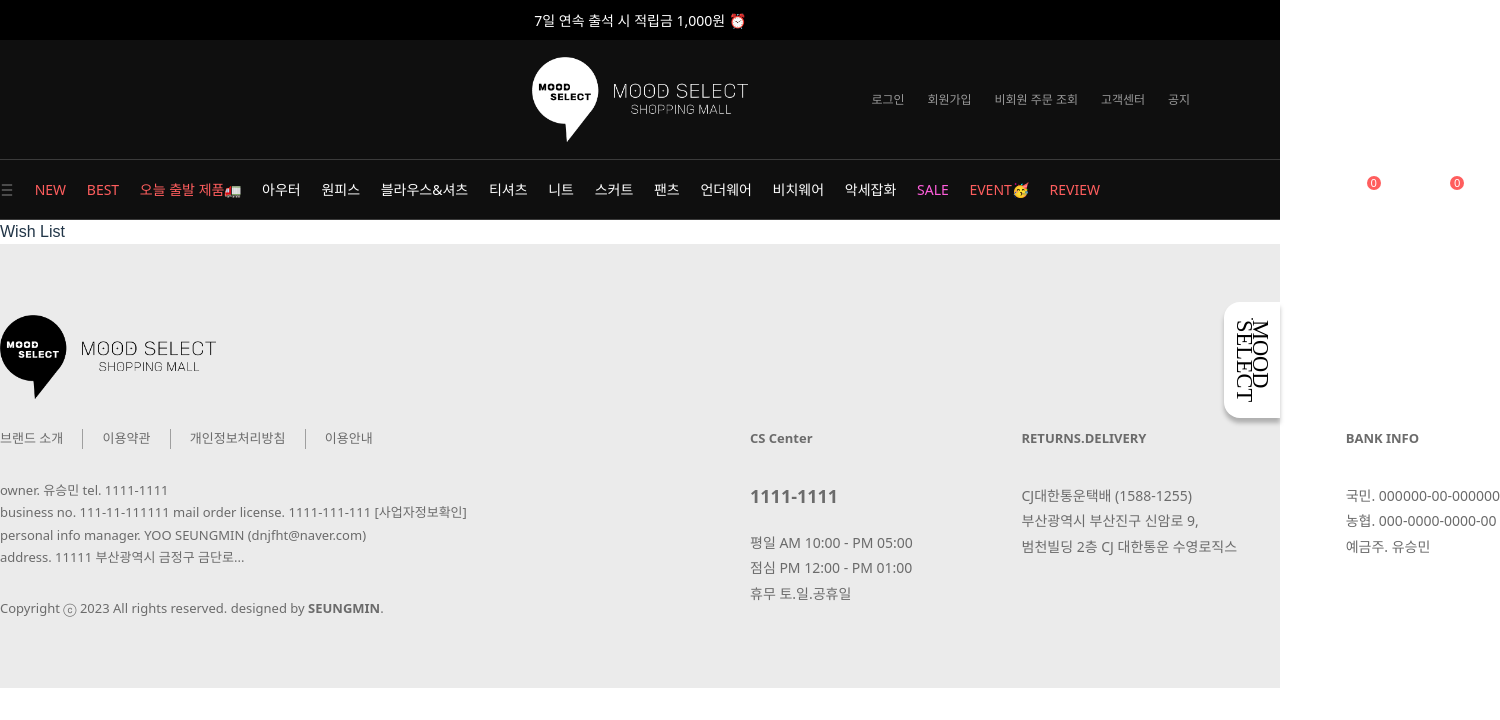
Repository: andrew-tg-song/mood-select
Page: /wish-list (app in packages/frontend/)
These files come from the project's save history. The page is drawn as it stood at one moment and after the next save; the edit follows.
The browser window is 1280 px wide. The page is 1500 px wide, so the pictures cover 1500 px, including what lies to the right of the window. The pictures show the whole page.
Some web fonts or font styles are not loaded; a fallback is used. The project was rebuilt for these pictures with package versions that can differ from the ones it lists, and the page was loaded fresh each time. Also part of the build but not shown: packages/frontend/vite.config.ts, packages/frontend/src/ShoppingMallProducts.ts, packages/frontend/src/components/slider/NextArrow.tsx, packages/frontend/src/components/slider/PrevArrow.tsx, packages/frontend/src/components/slider/CardSlider.tsx, packages/frontend/src/components/main/CategoryBanner.tsx, packages/frontend/src/components/main/MainSlider.tsx, packages/frontend/src/components/main/EventBanner.tsx and 19 more. Imported but missing from the stored project, and not drawn on this page: packages/frontend/src/components/product/Product.

Above is the page before, as saved 2023-06-04 08:26:23.

### packages/frontend/src/main.tsx
import ReactDOM from 'react-dom/client';
import App from './App.tsx';
import './index.css';
import { DarkModeProvider } from './context/DarkModeContext.tsx';
import { QueryClient, QueryClientProvider } from '@tanstack/react-query';

const queryClient = new QueryClient();

ReactDOM.createRoot(document.getElementById('root') as HTMLElement).render(
  <DarkModeProvider>
    <QueryClientProvider client={queryClient}>
      <App />
    </QueryClientProvider>
  </DarkModeProvider>
);

### packages/frontend/src/App.tsx
import { createBrowserRouter, RouterProvider } from 'react-router-dom';
import Main from './pages/Main';
import NotFoundPage from './pages/NotFoundPage';
import Detail from './pages/Detail';
import Cart from './pages/Cart';
import Root from './pages/Root';
import Login from './pages/Login';
import Join from './pages/Join';
import MyPage from './pages/MyPage';
import Order from './pages/Order';
import WishList from './pages/WishList';
import ProductsList from './pages/ProductsList';
import NewProductsList from './pages/NewProductsList';
import BestProductsList from './pages/BestProductsList';
import TodayDeliveryProductsList from './pages/TodayDeliveryProductsList';
import List from './pages/List';

// import useProducts from './hooks/use-products';

const router = createBrowserRouter([
  {
    path: '/',
    element: <Root />,
    children: [
      { index: true, element: <Main /> },
      {
        path: '/list/:listName',
        element: <ProductsList />,
      },
      { path: '/new', element: <NewProductsList /> },
      { path: '/best', element: <BestProductsList /> },
      { path: '/today-delivery', element: <TodayDeliveryProductsList /> },
      { path: '/detail/:detailId', element: <Detail /> },
      { path: '/cart', element: <Cart /> },
      { path: '/mypage', element: <MyPage /> },
      { path: '/order', element: <Order /> },
      { path: '/wish-list', element: <WishList /> },
      { path: '*', element: <NotFoundPage /> },
    ],
  },
  {
    path: '/login',
    element: <Login />,
  },
  { path: '/join', element: <Join /> },
]);

function App(): JSX.Element {
  // const [isLoading, error, products] = useProducts();
  // console.log(products);

  return <RouterProvider router={router} />;
}

export default App;

### packages/frontend/src/index.css
@tailwind base;
@tailwind components;
@tailwind utilities;

@font-face {
  font-family: 'Noto Sans KR';
  font-weight: 100;
  src: url('./assets/fonts/NotoSansKR-Light.otf');
}

@font-face {
  font-family: 'Noto Sans KR';
  font-weight: 400;
  src: url('./assets/fonts/NotoSansKR-Regular.otf');
}

@font-face {
  font-family: 'Noto Sans KR';
  font-weight: 500;
  src: url('./assets/fonts/NotoSansKR-Medium.otf');
}

@font-face {
  font-family: 'Noto Sans KR';
  font-weight: 700;
  src: url('./assets/fonts/NotoSansKR-Bold.otf');
}

@font-face {
  font-family: 'Peddana';
  src: url('./assets/fonts/Peddana-Regular.ttf');
}

:root {
  font-family: Inter, system-ui, Avenir, Helvetica, Arial, sans-serif;
  /* line-height: 1.5;
  font-weight: 400;

  color-scheme: light dark; */
  color: #282828;
  /* color: rgba(255, 255, 255, 0.87); */
  background-color: #ffffff;
  /* background-color: #242424; */

  font-synthesis: none;
  text-rendering: optimizeLegibility;
  -webkit-font-smoothing: antialiased;
  -moz-osx-font-smoothing: grayscale;
  -webkit-text-size-adjust: 100%;

  font-family: 'Noto Sans KR', sans-serif;
  font-weight: 100;
}

html {
  scroll-behavior: smooth;
}

a {
  font-weight: 500;
  color: #646cff;
  text-decoration: inherit;
}
a:hover {
  color: #535bf2;
}

body {
  /* margin: 0;
  display: flex;
  place-items: center;
  min-width: 320px;
  min-height: 100vh; */
}

h1 {
  font-size: 3.2em;
  line-height: 1.1;
}

button {
  border-radius: 8px;
  border: 1px solid transparent;
  padding: 0.6em 1.2em;
  font-size: 1em;
  font-weight: 500;
  font-family: inherit;
  background-color: #1a1a1a;
  cursor: pointer;
  transition: border-color 0.25s;
}
button:hover {
  border-color: #646cff;
}
button:focus,
button:focus-visible {
  outline: 4px auto -webkit-focus-ring-color;
}

.slider_wrapper {
  width: 81.25rem;
  margin-bottom: 140px;
}

.slider_wrapper_main_slider {
  width: 100%;
}

.slider_wrapper_best_products {
  width: 100%;
  height: 590px;
  margin-top: 40px;
}

.slider_wrapper_today_delivery_products {
  width: 100%;
}

.personal_slider {
  width: 40rem;
  height: 530px;

  position: relative;
}

.personal_slider_main_slider {
  width: 100%;
  height: 790px;

  position: relative;
}

.personal_slider_best_products {
  /* width: 23.75rem !important; */
  width: 27.125rem !important;
  height: 590px;

  position: relative;
}

.dark_opacity {
  width: 40rem;
  height: 480px;
  background-color: black;

  position: absolute;
  top: 0;
  left: 0;
  opacity: 0.3;

  z-index: 999;
}

.dark_opacity2 {
  width: 40rem;
  height: 480px;
  background-color: black;

  position: absolute;
  top: 0;
  right: 0;
  opacity: 0.3;

  z-index: 999;
}

.dark_opacity_main_slider {
  display: none;

  width: 100%;
  height: 100%;
  background-color: black;

  position: absolute;
  top: 0;
  left: 0;
  opacity: 0.6;

  z-index: 999;
}

.dark_opacity_best_products {
  width: 23.75rem !important;
  height: 530px;

  background-color: black;

  position: absolute;
  left: 50%;
  margin-left: -11.875rem;
  top: 50%;
  margin-top: -265px;

  opacity: 0.6;

  z-index: 999;

  display: none;
}

.main_slider_img {
  width: 100%;
  height: 100%;
  object-fit: cover;

  position: absolute;
  left: 0;
  top: 0;
}

.best_products_slider_img {
  /* width: 23.75rem !important; */
  width: 23.75rem !important;
  height: 530px;

  object-fit: cover;

  position: absolute;
  left: 50%;
  margin-left: -11.875rem;
  top: 50%;
  margin-top: -265px;
}

.slick-slide.slick-center img {
  transform: scale(1.1);
  object-fit: cover;
}

.slick-slide.slick-center .dark_opacity_best_products {
  transform: scale(1.1);
  display: block;
}

.slick-slide.slick-center .desc_wrap_best_products {
  display: block;

  width: 292px;
  padding: 20px 0;
  box-sizing: border-box;
  border-top: 1px solid #fff;

  z-index: 99999999;

  position: absolute;
  bottom: 30px;
  left: 30px;
}

.slider_img {
  width: 40rem;
  height: 480px;
  object-fit: cover;

  position: absolute;
  left: 0;
  top: 0;
}

.slider_img2 {
  width: 40rem;
  height: 480px;
  object-fit: cover;

  position: absolute;
  right: 0;
  top: 0;
}

.desc_wrap {
  position: absolute;
  bottom: 90px;
  left: 2.5rem;

  z-index: 999999;
}

.desc_wrap_main_slider {
  z-index: 999999;

  font-family: 'Peddana';
  font-size: 1rem;
  color: white;

  position: absolute;
  top: 50%;
  margin-top: -3rem;
  left: 50%;
  margin-left: -28rem;
}

.desc_wrap_best_products {
  display: none;
}

.desc_h1 {
  font-family: 'Peddana';
  font-size: 4.375rem;
  color: white;
  line-height: 3rem;
}

.desc_p {
  font-size: 1rem;
  color: white;
}

.desc_h1_best_products {
  margin-bottom: 20px;

  font-size: 1.25rem;
  color: white;
}

.desc_p_best_products {
  font-size: 1rem;
  color: #a6a6a6;
}

.dots_custom,
.dots_custom_dark {
  display: inline-block;
  vertical-align: middle;
  margin: auto 0;
  padding: 0;
}

.dots_custom li,
.dots_custom_dark li {
  list-style: none;
  cursor: pointer;
  display: inline-block;
  padding: 0;
}

.dots_custom li button {
  border: none;
  background: #d1d1d1;
  color: transparent;
  cursor: pointer;
  display: block;
  height: 2px;
  width: 110px;
  border-radius: 100%;
  padding: 0;
}

.dots_custom li.slick-active button {
  background-color: #282828;
}

.dots_custom_dark li button {
  border: none;
  background: #646464;
  color: transparent;
  cursor: pointer;
  display: block;
  height: 2px;
  width: 110px;
  border-radius: 100%;
  padding: 0;
}

.dots_custom_dark li.slick-active button {
  background-color: #ffffff;
}

.next-arrow {
  font-size: 2rem;

  position: absolute;
  top: 50%;
  margin-top: -3rem;
  right: -3rem;

  z-index: 999999;

  cursor: pointer;
}

.prev-arrow {
  font-size: 2rem;

  position: absolute;
  top: 50%;
  margin-top: -3rem;
  left: -3rem;

  z-index: 999999;

  cursor: pointer;
}

.next-arrow-main-slider {
  font-size: 2rem;
  color: white;

  position: absolute;
  top: 50%;
  margin-top: -3rem;
  right: 20rem;

  z-index: 999999;

  cursor: pointer;
}

.prev-arrow-main-slider {
  font-size: 2rem;
  color: white;

  position: absolute;
  top: 50%;
  margin-top: -3rem;
  left: 20rem;

  z-index: 999999;

  cursor: pointer;
}

@media (prefers-color-scheme: light) {
  :root {
    color: #213547;
    background-color: #ffffff;
  }
  a:hover {
    color: #747bff;
  }
  button {
    background-color: #f9f9f9;
  }
}

### packages/frontend/src/context/DarkModeContext.tsx
import React, { useState } from 'react';

type ContextType = {
  darkMode: 'light' | 'dark';
  toggleDarkMode: () => void;
};

export const DarkModeContext = React.createContext<ContextType>({
  darkMode: 'dark',
  toggleDarkMode: () => {},
});

export const DarkModeProvider = ({ children }: { children: React.ReactNode }): JSX.Element => {
  const [darkMode, setDarkMode] = useState<'light' | 'dark'>(
    (localStorage.getItem('ui.theme') as 'light' | 'dark') || 'dark'
  );

  const toggleDarkMode = (): void => {
    const val = darkMode === 'light' ? 'dark' : 'light';
    setDarkMode(val);
    localStorage.setItem('ui.theme', val);
  };

  console.log(darkMode);

  return <DarkModeContext.Provider value={{ darkMode, toggleDarkMode }}>{children}</DarkModeContext.Provider>;
};

### packages/frontend/src/pages/Root.tsx
import { useRef } from 'react';
import NavBar from '../components/NavBar';
import { Outlet } from 'react-router-dom';
import Footer from '../components/Footer';
import QuickMenu from '../components/QuickMenu';
import Suggestion from '../components/Suggestion';

export default function Root() {
  const contentRef = useRef<HTMLDivElement>(null);

  return (
    <div ref={contentRef}>
      <NavBar />
      <Outlet />
      <Suggestion />
      <QuickMenu contentRef={contentRef} />
      <Footer />
    </div>
  );
}

### packages/frontend/src/pages/WishList.tsx
import React from 'react';

export default function WishList() {
  return <div>Wish List</div>;
}

### packages/frontend/src/components/NavBar.tsx
import { useState, useContext } from 'react';

import darkLogo from '../assets/logo.png';
import lightLogo from '../assets/logo2.png';

import { CiMenuBurger, CiSearch, CiUser, CiHeart, CiDark, CiLight } from 'react-icons/ci';
import { GiShoppingCart } from 'react-icons/gi';
import TopEventBanner from './header/TopEventBanner';
import { DarkModeContext } from '../context/DarkModeContext';
import { useNavigate } from 'react-router-dom';

export default function NavBar() {
  const navigate = useNavigate();

  const [cartCount, setCartCount] = useState(0);
  const [wishCount, setWishCount] = useState(0);

  const { darkMode, toggleDarkMode } = useContext(DarkModeContext);

  const title = ['아우터', '원피스', '니트', '티셔츠', '블라우스&셔츠', '스커트', '팬츠', '언더웨어', '악세잡화'];

  return (
    <div className="w-[100%] h-[220px] font-sans">
      <TopEventBanner />

      <div
        className={`${
          darkMode === 'light' ? 'bg-white border-[#dedede]' : 'bg-[#0f0f0f] border-[#3b3b3b]'
        } w-[100%] h-[120px] border-solid border-b-[0.6px]`}
      >
        <div className="w-[93.75rem] xl:w-[68.752rem] h-[100%] mx-auto flex flex-row items-center justify-between relative">
          <div className="w-[216px] h-[100%] flex items-center absolute left-[50%] ml-[-108px]">
            <img src={`${darkMode === 'light' ? darkLogo : lightLogo}`} className="w-[100%] object-cover" />
          </div>

          <ul className="text-[#999999] text-[0.75rem] flex absolute right-0 cursor-pointer">
            <li className="mr-[1.43rem]">로그인</li>
            <li className="mr-[1.43rem]">회원가입</li>
            <li className="mr-[1.43rem]">비회원 주문 조회</li>
            <li className="mr-[1.43rem]">고객센터</li>
            <li>공지</li>
          </ul>
        </div>
      </div>

      <div
        className={`${
          darkMode === 'light' ? 'bg-white border-[#dedede]' : 'bg-[#0f0f0f] border-[#3b3b3b]'
        } w-[100%] h-[60px]  border-solid border-b-[0.6px]`}
      >
        <div className="w-[93.75rem] h-[100%] mx-auto flex flex-row items-center justify-between relative">
          <ul
            className={`${
              darkMode === 'light' ? 'text-black' : 'text-white'
            } w-[68.75rem] h-[100%] flex justify-between items-center text-[0.875rem] cursor-pointer`}
          >
            <li>
              <CiMenuBurger className={`${darkMode === 'light' ? 'text-black' : 'text-white'}`} />
            </li>
            <li
              onClick={() => {
                navigate('/new');
              }}
              className="text-[#FF5E5E]"
            >
              NEW
            </li>
            <li
              onClick={() => {
                navigate('/best');
              }}
              className="text-[#FF5E5E]"
            >
              BEST
            </li>
            <li className="text-[#FF5E5E]">오늘 출발 제품🚛</li>
            <li>아우터</li>
            <li>원피스</li>
            <li>
              <input
                type="button"
                value={title[4]}
                onClick={() => {
                  navigate(`/list/${title[4]}`);
                }}
              />
            </li>
            <li>티셔츠</li>
            <li>니트</li>

            <li>스커트</li>
            <li>팬츠</li>
            <li>언더웨어</li>
            <li>비치웨어</li>
            <li>악세잡화</li>
            <li className="text-[#FF5EDB]">SALE</li>
            <li className="text-[#FF5E5E]">EVENT🥳</li>
            <li className="text-[#FF5E5E]">REVIEW</li>
          </ul>

          <ul
            className={`${
              darkMode === 'light' ? 'text-black' : 'text-white'
            } w-[11.625rem] h-[100%] flex justify-between items-center text-[1.2rem] cursor-pointer`}
          >
            <li>
              <CiSearch />
            </li>
            <li className="relative">
              <div
                className={`${
                  darkMode === 'light' ? 'bg-black ' : 'bg-[#FF5E5E]'
                } absolute top-[-4px] right-[-6px] w-[0.9rem] h-[0.9rem]  rounded-full  text-[0.7rem] text-white font-light flex justify-center items-center`}
              >
                {cartCount}
              </div>
              <GiShoppingCart />
            </li>
            <li>
              <CiUser />
            </li>
            <li className="relative">
              <div
                className={`${
                  darkMode === 'light' ? 'bg-black ' : 'bg-[#FF5E5E]'
                } absolute top-[-4px] right-[-6px] w-[0.9rem] h-[0.9rem]  rounded-full  text-[0.7rem] text-white font-light flex justify-center items-center`}
              >
                {wishCount}
              </div>
              <CiHeart />
            </li>
            <li onClick={toggleDarkMode}>{darkMode === 'dark' ? <CiLight /> : <CiDark />}</li>
          </ul>
        </div>
      </div>
    </div>
  );
}

### packages/frontend/src/components/Footer.tsx
import React, { useContext } from 'react';
import { DarkModeContext } from '../context/DarkModeContext';
import darkLogo from '../assets/logo.png';
import lightLogo from '../assets/logo2.png';

export default function Footer() {
  const { darkMode } = useContext(DarkModeContext);

  return (
    <div
      className={`${
        darkMode === 'light'
          ? 'bg-[#1d1d1d] text-[#e4e4e4]'
          : 'bg-[#ebebeb] text-[#6b6b6b] border-t-[0.8px] border-[#ebebeb] border-solid'
      } w-[100%] text-[0.8125rem] font-sans`}
    >
      <div className="w-[93.75rem] h-[100%] py-[4.375rem] box-border mx-auto flex flex-col justify-between relative">
        <div className="w-[216px]">
          <img className="w-[100%] height-[100%] object-cover" src={`${darkMode === 'light' ? lightLogo : darkLogo}`} />
        </div>

        <div className="w-[100%] h-[100%] mt-[1.875rem] flex flex-row">
          <div className="w-[50%] h-[100%]">
            <ul className="flex">
              <li className="pr-[1.2rem] border-r-[0.8px] border-[#9f9f9f]">브랜드 소개</li>
              <li className="px-[1.2rem] border-r-[0.8px] border-[#9f9f9f]">이용약관</li>
              <li className="px-[1.2rem] border-r-[0.8px] border-[#9f9f9f]">개인정보처리방침</li>
              <li className="pl-[1.2rem]">이용안내</li>
            </ul>

            <p className="my-[1.875rem] leading-[1.4rem]">
              owner. 유승민 tel. 1111-1111
              <br />
              business no. 111-11-111111 mail order license. 1111-111-111 [사업자정보확인]
              <br />
              personal info manager. YOO SEUNGMIN (dnjfht@naver.com)
              <br />
              address. 11111 부산광역시 금정구 금단로...
            </p>
            <p>
              Copyright ⓒ 2023 All rights reserved. designed by <span className="font-bold">SEUNGMIN</span>.
            </p>
          </div>

          <div className="w-[50%] h-[100%]">
            <ul className="flex justify-between">
              <li>
                <p className="mb-[2.125rem] font-bold">CS Center</p>
                <p className="text-[1.125rem] font-bold mb-[1.25rem]">1111-1111</p>
                <p className="text-[0.875rem] leading-[1.6rem]">
                  평일 AM 10:00 - PM 05:00
                  <br />
                  점심 PM 12:00 - PM 01:00
                  <br />
                  휴무 토.일.공휴일
                </p>
              </li>
              <li>
                <p className="mb-[2.125rem] font-bold">RETURNS.DELIVERY</p>
                <p className="text-[0.875rem] leading-[1.6rem]">
                  CJ대한통운택배 (1588-1255)
                  <br />
                  부산광역시 부산진구 신암로 9,
                  <br />
                  범천빌딩 2층 CJ 대한통운 수영로직스
                </p>
              </li>
              <li>
                <p className="mb-[2.125rem] font-bold">BANK INFO</p>
                <p className="text-[0.875rem] leading-[1.6rem]">
                  국민. 000000-00-000000
                  <br />
                  농협. 000-0000-0000-00
                  <br />
                  예금주. 유승민
                </p>
              </li>
            </ul>
          </div>
        </div>
      </div>
    </div>
  );
}

### packages/frontend/src/components/QuickMenu.tsx
import React, { useState, useContext, useEffect } from 'react';
import { DarkModeContext } from '../context/DarkModeContext';
import { BsChevronUp, BsChevronDown } from 'react-icons/bs';
import { AiOutlineWechat } from 'react-icons/ai';

interface QuickMenuPropsType {
  contentRef: React.RefObject<HTMLDivElement>;
}

export default function QuickMenu({ contentRef }: QuickMenuPropsType) {
  const { darkMode } = useContext(DarkModeContext);

  const [scrollY, setScrollY] = useState(0);
  const [showButton, setShowButton] = useState(false);

  const handleFollow = () => {
    setScrollY(window.pageYOffset);
  };

  const handleTop = () => {
    window.scrollTo({
      top: 0,
      behavior: 'smooth',
    });
    setScrollY(0);
    setShowButton(false);
  };

  const handleBottom = () => {
    contentRef.current?.scrollIntoView({ behavior: 'smooth', block: 'end', inline: 'nearest' });
    setScrollY(scrollY);
    setShowButton(true);
  };

  useEffect(() => {
    const watch = () => {
      window.addEventListener('scroll', handleFollow);
    };

    watch();

    return () => {
      window.removeEventListener('scroll', handleFollow);
    };
  }, []);

  useEffect(() => {
    const handleShowButton = () => {
      window.scrollY > 100 ? setShowButton(true) : setShowButton(false);
    };

    window.addEventListener('scroll', handleShowButton);

    return () => window.removeEventListener('scroll', handleShowButton);
  }, []);

  // console.log(scrollY);

  return (
    <div
      className={`${darkMode === 'light' ? 'text-white' : 'text-[#0f0f0f]'} ${
        showButton ? 'opacity-1' : 'opacity-0 transition ease-in-out'
      } fixed right-[12px] bottom-[12px] text-[2rem] z-[99999]`}
    >
      <div
        className={`${
          darkMode === 'light' ? 'bg-[#0f0f0f]' : 'bg-white'
        } w-[60px] h-[60px] rounded-full drop-shadow-[0_5px_2px_rgba(0,0,0,0.25)] flex justify-center items-center cursor-pointer animate-bounce`}
      >
        <AiOutlineWechat />
      </div>
      <div
        onClick={handleTop}
        className={`${
          darkMode === 'light' ? 'bg-[#0f0f0f]' : 'bg-white'
        } w-[60px] h-[60px] rounded-full drop-shadow-[0_5px_2px_rgba(0,0,0,0.25)] mt-[10px] flex justify-center items-center cursor-pointer animate-bounce`}
      >
        <BsChevronUp />
      </div>
      <div
        onClick={handleBottom}
        className={`${
          darkMode === 'light' ? 'bg-[#0f0f0f]' : 'bg-white'
        } w-[60px] h-[60px] rounded-full drop-shadow-[0_5px_2px_rgba(0,0,0,0.25)] mt-[10px] flex justify-center items-center cursor-pointer animate-bounce`}
      >
        <BsChevronDown />
      </div>
    </div>
  );
}

### packages/frontend/src/components/Suggestion.tsx
import React, { useContext } from 'react';
import { DarkModeContext } from '../context/DarkModeContext';
import { BsFillEmojiSmileFill } from 'react-icons/bs';

export default function Suggestion() {
  const { darkMode } = useContext(DarkModeContext);

  return (
    <div
      className={`${
        darkMode === 'light' ? 'bg-black text-white' : 'bg-white text-black'
      } w-[56px] h-[116px] p-[1rem]  box-border z-[99999] fixed right-0 top-[50%] mt-[-58px] rounded-l-2xl drop-shadow-[0_5px_2px_rgba(0,0,0,0.25)] [writing-mode:vertical-rl] flex items-center justify-between`}
    >
      <BsFillEmojiSmileFill className="text-[1.4rem] rotate-90" />
      <p className="font-['Peddana'] text-[1.4rem] leading-4">
        MOOD
        <br />
        SELECT
      </p>
    </div>
  );
}

### packages/frontend/src/components/header/TopEventBanner.tsx
import React from 'react';

export default function TopEventBanner() {
  return (
    <div className="w-[100%] h-[40px] bg-black flex justify-center items-center">
      <p className="text-white font-light text-[0.875rem]">7일 연속 출석 시 적립금 1,000원 ⏰</p>
    </div>
  );
}

Loaded but not shown: packages/frontend/index.html (common file); packages/frontend/tailwind.config.js (common file)

After the next save:
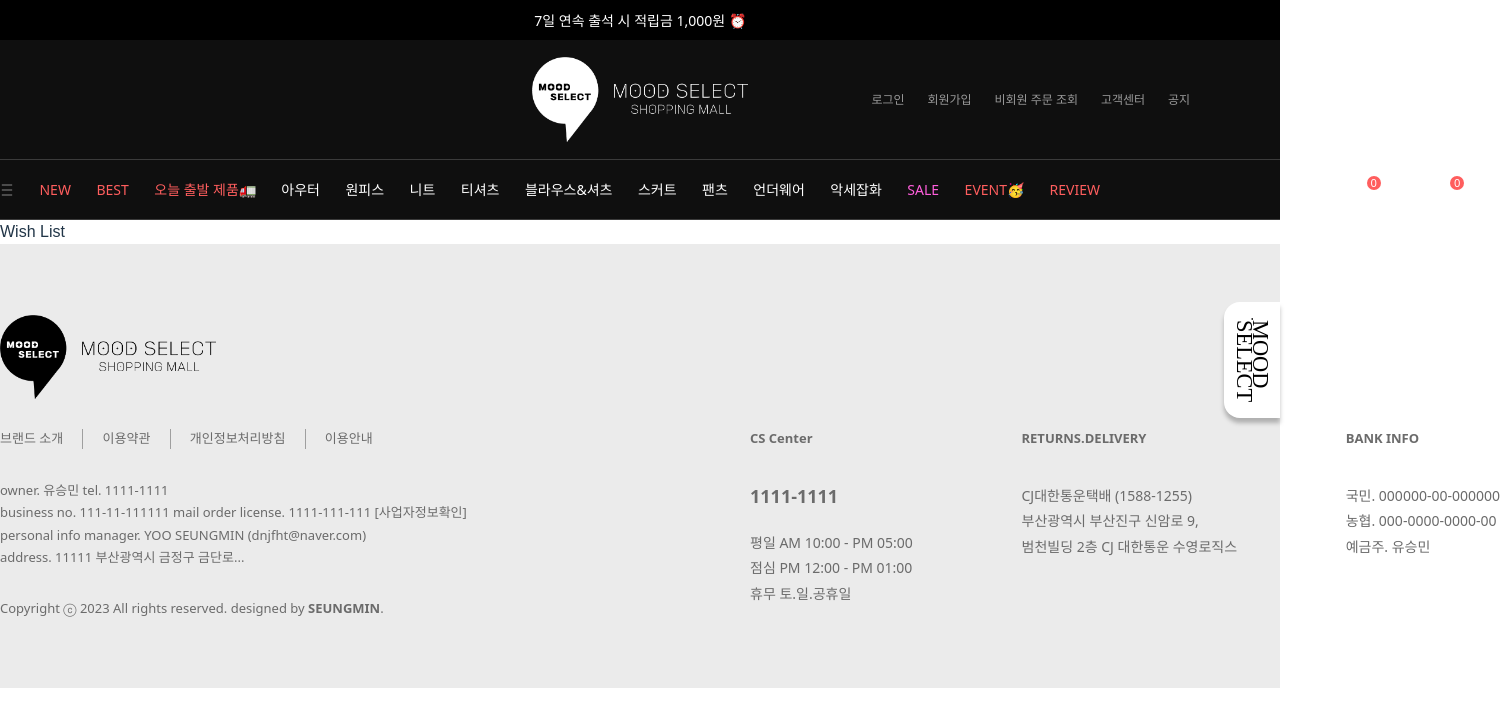
Saved 53 s later.
--- a/packages/frontend/src/components/NavBar.tsx
+++ b/packages/frontend/src/components/NavBar.tsx
@@ -76,6 +76,8 @@ export default function NavBar() {
             <li className="text-[#FF5E5E]">오늘 출발 제품🚛</li>
             <li>아우터</li>
             <li>원피스</li>
+            <li>니트</li>
+            <li>티셔츠</li>
             <li>
               <input
                 type="button"
@@ -85,13 +87,9 @@ export default function NavBar() {
                 }}
               />
             </li>
-            <li>티셔츠</li>
-            <li>니트</li>
-
             <li>스커트</li>
             <li>팬츠</li>
             <li>언더웨어</li>
-            <li>비치웨어</li>
             <li>악세잡화</li>
             <li className="text-[#FF5EDB]">SALE</li>
             <li className="text-[#FF5E5E]">EVENT🥳</li>
